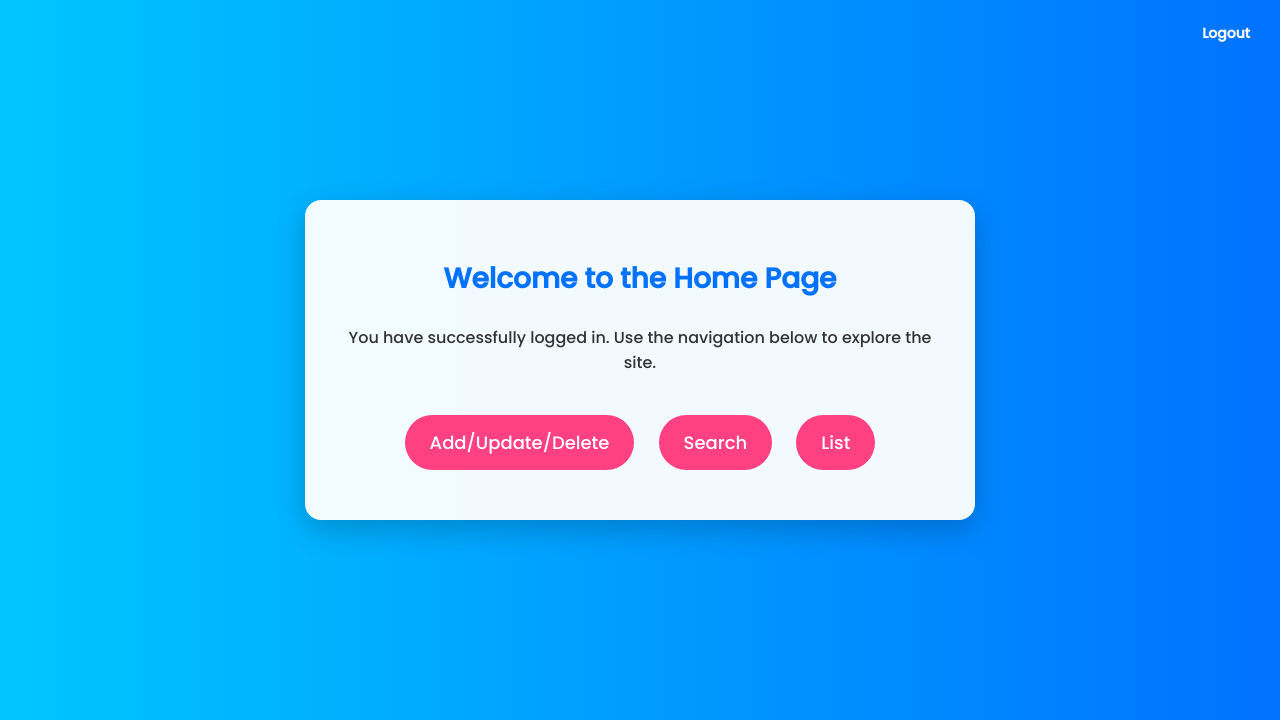
Repository: aakanksha4a/HoneySecure
Page: http://localhost/HoneySecure/home.jsp
These files come from the project's save history. The page is drawn as it stood at one moment and after the next save; the edit follows.
The browser window is 1280 px wide. The pictures show the whole page.
Some web fonts or font styles are not loaded; a fallback is used. The page is served by Tomcat 10.

Above is the page before, as saved 2025-04-25 17:03:21.

After the next save:
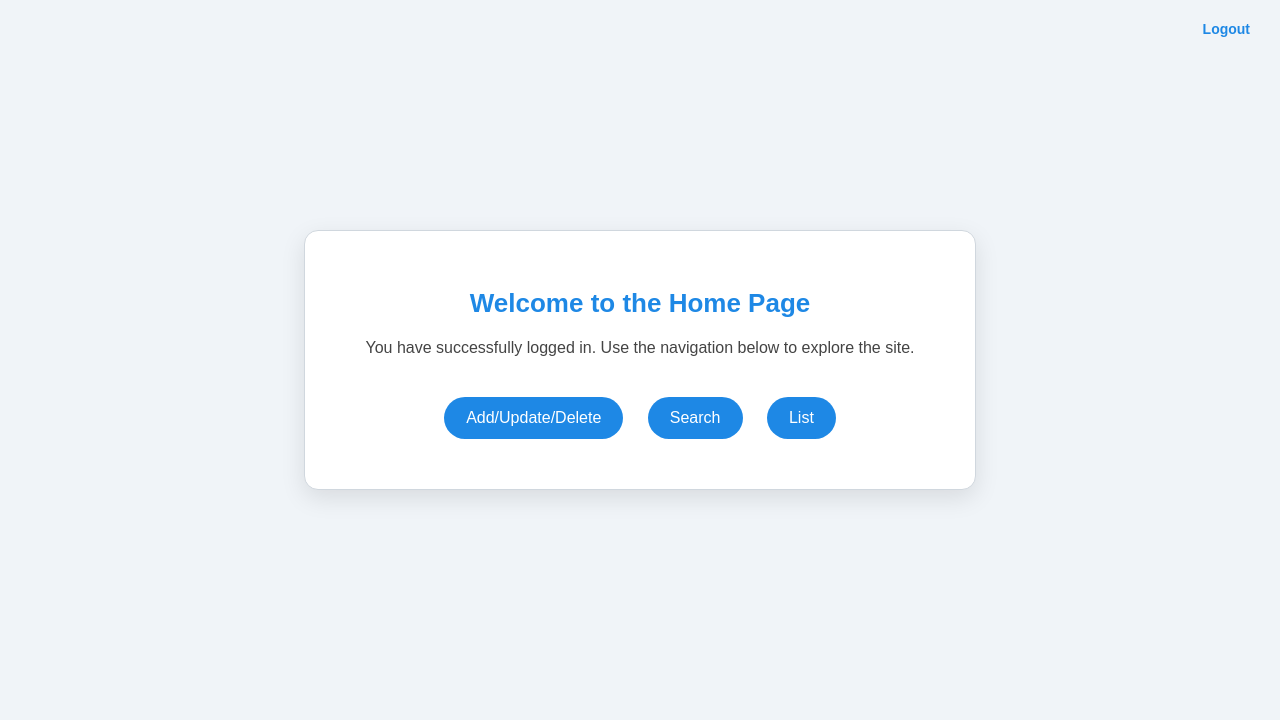
Saved 3 min 40 s later.
--- a/HoneySecure/src/main/webapp/home.jsp
+++ b/HoneySecure/src/main/webapp/home.jsp
@@ -6,88 +6,91 @@
   <meta name="viewport" content="width=device-width, initial-scale=1.0"/>
   <title>Home Page</title>
   <style>
-    @import url('https://fonts.googleapis.com/css2?family=Poppins:wght@500&display=swap');
+@import url('https://fonts.googleapis.com/css2?family=Rajdhani:wght@500&display=swap');
 
-    body {
-      margin: 0;
-      padding: 0;
-      font-family: 'Poppins', sans-serif;
-      background: linear-gradient(to right, #00c6ff, #0072ff);
-      height: 100vh;
-      display: flex;
-      justify-content: center;
-      align-items: center;
-      animation: fadeIn 1s ease-in;
-    }
+body {
+  margin: 0;
+  padding: 0;
+  font-family: 'Rajdhani', sans-serif;
+  background: #f0f4f8;
+  height: 100vh;
+  display: flex;
+  justify-content: center;
+  align-items: center;
+  animation: fadeIn 0.6s ease-in;
+}
 
-    .container {
-      background-color: rgba(255, 255, 255, 0.95);
-      padding: 40px 35px;
-      border-radius: 16px;
-      box-shadow: 0 10px 30px rgba(0, 0, 0, 0.2);
-      width: 100%;
-      max-width: 600px;
-      text-align: center;
-      animation: slideUp 0.8s ease-out;
-    }
+.container {
+  background-color: #ffffff;
+  padding: 40px 35px;
+  border-radius: 14px;
+  border: 1px solid #d0d7de;
+  box-shadow: 0 8px 25px rgba(0, 0, 0, 0.1);
+  width: 100%;
+  max-width: 600px;
+  text-align: center;
+  animation: slideUp 0.5s ease-out;
+}
 
-    h1 {
-      font-size: 28px;
-      color: #0072ff;
-      margin-bottom: 25px;
-    }
+h1 {
+  font-size: 26px;
+  color: #1e88e5;
+  margin-bottom: 20px;
+}
 
-    p {
-      font-size: 16px;
-      color: #333;
-      margin-bottom: 30px;
-    }
+p {
+  font-size: 16px;
+  color: #444;
+  margin-bottom: 30px;
+}
 
-    .top-right {
-      position: absolute;
-      top: 20px;
-      right: 30px;
-    }
+.top-right {
+  position: absolute;
+  top: 20px;
+  right: 30px;
+}
 
-    .top-right a {
-      color: #fff;
-      text-decoration: none;
-      font-weight: bold;
-      font-size: 14px;
-      border-bottom: 1px solid transparent;
-    }
+.top-right a {
+  color: #1e88e5;
+  text-decoration: none;
+  font-weight: bold;
+  font-size: 14px;
+  border-bottom: 1px solid transparent;
+  transition: 0.3s ease;
+}
 
-    .top-right a:hover {
-      border-bottom: 1px solid #fff;
-    }
+.top-right a:hover {
+  border-bottom: 1px solid #1e88e5;
+  color: #0d47a1;
+}
 
-    .btn-group a {
-      display: inline-block;
-      padding: 14px 25px;
-      font-size: 18px;
-      color: white;
-      background-color: #ff4081;
-      border: none;
-      border-radius: 30px;
-      text-decoration: none;
-      margin: 10px;
-      transition: background-color 0.3s ease, transform 0.2s ease;
-    }
+.btn-group a {
+  display: inline-block;
+  padding: 12px 22px;
+  font-size: 16px;
+  color: white;
+  background-color: #1e88e5;
+  border: none;
+  border-radius: 25px;
+  text-decoration: none;
+  margin: 10px;
+  transition: background-color 0.3s ease, transform 0.2s ease;
+}
 
-    .btn-group a:hover {
-      background-color: #f50057;
-      transform: scale(1.05);
-    }
+.btn-group a:hover {
+  background-color: #1565c0;
+  transform: scale(1.04);
+}
 
-    @keyframes fadeIn {
-      from { opacity: 0; }
-      to { opacity: 1; }
-    }
+@keyframes fadeIn {
+  from { opacity: 0; }
+  to { opacity: 1; }
+}
 
-    @keyframes slideUp {
-      from { transform: translateY(50px); opacity: 0; }
-      to { transform: translateY(0); opacity: 1; }
-    }
+@keyframes slideUp {
+  from { transform: translateY(40px); opacity: 0; }
+  to { transform: translateY(0); opacity: 1; }
+}
   </style>
 </head>
 <body>
